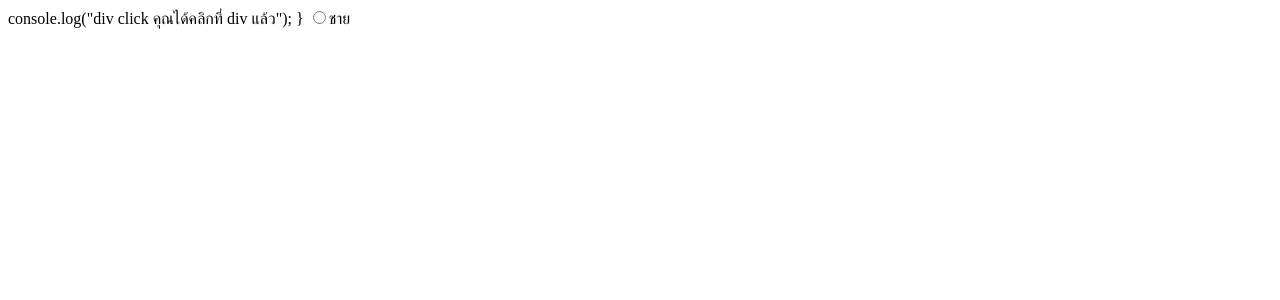
Repository: Onpreeya1/241-2567-820-
Page: testjs.html
These files come from the project's save history. The page is drawn as it stood at one moment and after the next save; the edit follows.
The browser window is 1280 px wide. The pictures show the whole page.

Above is the page before, as saved 2025-01-27 15:44:54.

### testjs.html
 <!DOCTYPE html>
 <html lang="en">
 <head>
    <meta charset="UTF-8">
    <meta name="viewport" content="width=device-width, initial-scale=1.0">
    <title>Document</title>
 </head>
 <body>

    console.log("div click คุณได้คลิกที่ div แล้ว");
}
    <input type="radio" name="gender" value="ชาย" onchange="changeGendre()">ชาย
 </body>
 </html>

After the next save:
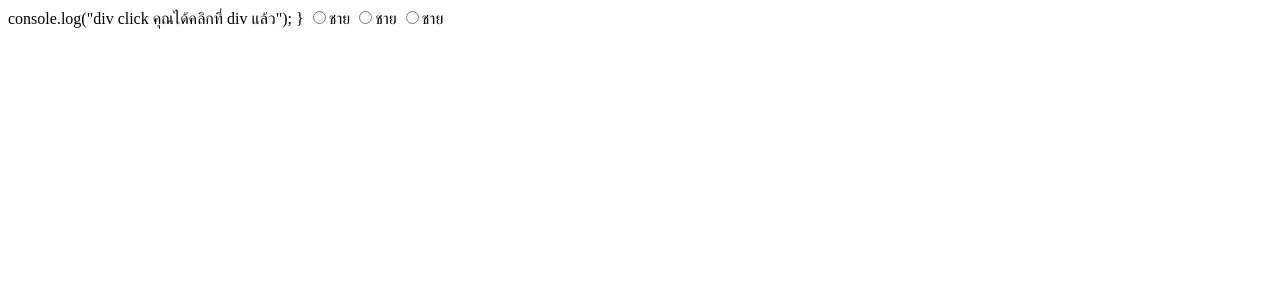
Saved 13 s later.
--- a/testjs.html
+++ b/testjs.html
@@ -10,5 +10,7 @@
     console.log("div click คุณได้คลิกที่ div แล้ว");
 }
     <input type="radio" name="gender" value="ชาย" onchange="changeGendre()">ชาย
+    <input type="radio" name="gender" value="ชาย" onchange="changeGendre()">ชาย
+    <input type="radio" name="gender" value="ชาย" onchange="changeGendre()">ชาย
  </body>
  </html>
